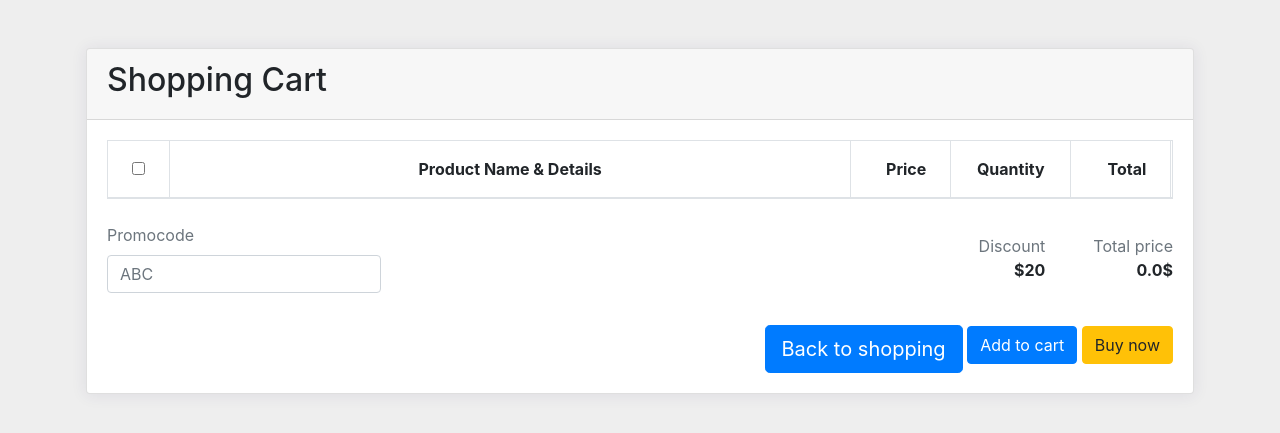
Repository: Szers222/MyProject
Page: http://localhost/MyProject/cart.jsp
The author's editor kept a copy of each file at every save. The page is drawn from the files as they stood at one save, then again after the next save.
The browser window is 1280 px wide. The pictures show the whole page.
Some web libraries are served in a nearby version. The page is served by Tomcat 10. Other server files are loaded and not shown. The template is opened directly, without the code that normally fills it, so the values that code supplies are empty.

Above is the page before, as saved 2023-12-13 11:23:00.

### MyProject/src/main/webapp/cart.jsp
<%@page import="java.util.ArrayList"%>
<%@page import="core.Watch"%>
<%@ page language="java" contentType="text/html; charset=UTF-8"
	pageEncoding="UTF-8"%>
<%@taglib prefix="c" uri="http://java.sun.com/jsp/jstl/core"%>
<!DOCTYPE html>
<html>
<head>
<title>Shopping Cart</title>
<meta charset="utf-8">
<meta name="viewport" content="width=device-width, initial-scale=1">
<link rel="stylesheet"
	href="https://maxcdn.bootstrapcdn.com/bootstrap/4.0.0/css/bootstrap.min.css">
<link href="https://fonts.googleapis.com/css?family=Montserrat"
	rel="stylesheet">

<style type="text/css">
.shopping-cart {
	padding-bottom: 50px;
	font-family: 'Montserrat', sans-serif;
}

.shopping-cart.dark {
	background-color: #f6f6f6;
}

.shopping-cart .content {
	box-shadow: 0px 2px 10px rgba(0, 0, 0, 0.075);
	background-color: white;
}

.shopping-cart .block-heading {
	padding-top: 50px;
	margin-bottom: 40px;
	text-align: center;
}

.shopping-cart .block-heading p {
	text-align: center;
	max-width: 420px;
	margin: auto;
	opacity: 0.7;
}

.shopping-cart .dark .block-heading p {
	opacity: 0.8;
}

.shopping-cart .block-heading h1, .shopping-cart .block-heading h2,
	.shopping-cart .block-heading h3 {
	margin-bottom: 1.2rem;
	color: #3b99e0;
}

.shopping-cart .items {
	margin: auto;
}

.shopping-cart .items .product {
	margin-bottom: 20px;
	padding-top: 20px;
	padding-bottom: 20px;
}

.shopping-cart .items .product .info {
	padding-top: 0px;
	text-align: center;
}

.shopping-cart .items .product .info .product-name {
	font-weight: 600;
}

.shopping-cart .items .product .info .product-name .product-info {
	font-size: 14px;
	margin-top: 15px;
}

.shopping-cart .items .product .info .product-name .product-info .value
	{
	font-weight: 400;
}

.shopping-cart .items .product .info .quantity .quantity-input {
	margin: auto;
	width: 80px;
}

.shopping-cart .items .product .info .price {
	margin-top: 15px;
	font-weight: bold;
	font-size: 22px;
}

.shopping-cart .summary {
	border-top: 2px solid #5ea4f3;
	background-color: #f7fbff;
	height: 100%;
	padding: 30px;
}

.shopping-cart .summary h3 {
	text-align: center;
	font-size: 1.3em;
	font-weight: 600;
	padding-top: 20px;
	padding-bottom: 20px;
}

.shopping-cart .summary .summary-item:not(:last-of-type) {
	padding-bottom: 10px;
	padding-top: 10px;
	border-bottom: 1px solid rgba(0, 0, 0, 0.1);
}

.shopping-cart .summary .text {
	font-size: 1em;
	font-weight: 600;
}

.shopping-cart .summary .price {
	font-size: 1em;
	float: right;
}

.shopping-cart .summary button {
	margin-top: 20px;
}

@media ( min-width : 768px) {
	.shopping-cart .items .product .info {
		padding-top: 25px;
		text-align: left;
	}
	.shopping-cart .items .product .info .price {
		font-weight: bold;
		font-size: 22px;
		top: 17px;
	}
	.shopping-cart .items .product .info .quantity {
		text-align: center;
	}
	.shopping-cart .items .product .info .quantity .quantity-input {
		padding: 4px 10px;
		text-align: center;
	}
}
</style>
<style type="text/css">
body {
	margin-top: 20px;
	background: #eee;
}

.ui-w-40 {
	width: 40px !important;
	height: auto;
}

.card {
	box-shadow: 0 1px 15px 1px rgba(52, 40, 104, .08);
}

.ui-product-color {
	display: inline-block;
	overflow: hidden;
	margin: .144em;
	width: .875rem;
	height: .875rem;
	border-radius: 10rem;
	-webkit-box-shadow: 0 0 0 1px rgba(0, 0, 0, 0.15) inset;
	box-shadow: 0 0 0 1px rgba(0, 0, 0, 0.15) inset;
	vertical-align: middle;
}
</style>
</head>

<body>

	<div class="container px-3 my-5 clearfix">
		<!-- Shopping cart table -->
		<div class="card">
			<div class="card-header">
				<h2>Shopping Cart</h2>
			</div>
			<div class="card-body">
				<div class="table-responsive">
					<table class="table table-bordered m-0">
						<thead>
							<tr>
								<!-- Add a new column for the checkbox -->
								<th class="text-center py-3 px-4" style="width: 40px;"><input
									type="checkbox" id="selectAll" onclick="selectAllItems()">
								</th>
								<th class="text-center py-3 px-4" style="min-width: 400px;">Product
									Name &amp; Details</th>
								<th class="text-right py-3 px-4" style="width: 100px;">Price</th>
								<th class="text-center py-3 px-4" style="width: 120px;">Quantity</th>
								<th class="text-right py-3 px-4" style="width: 100px;">Total</th>
								<th class="text-center align-middle py-3 px-0"><a href="#"
									class="shop-tooltip float-none text-light" title=""
									data-original-title="Clear cart"> <i
										class="ino ion-md-trash"></i>
								</a></th>
							</tr>
						</thead>
						<tbody>
							<!-- Sử dụng forEach để lặp qua danh sách sản phẩm từ Servlet -->
							<% ArrayList<Watch> watchList = (ArrayList<Watch>) session.getAttribute("watchList"); %>
							<% Double gettotalAll = (Double) session.getAttribute("getTotalAll");
        double totalAll = (gettotalAll != null) ? gettotalAll : 0;
    %>

							<c:forEach items="${watchList}" var="item">
								<tr>
									<!-- Add a checkbox for each item -->
									<td class="text-center py-3 px-4"><input type="checkbox"
										name="selectedItems" value="${item.watchId}"></td>
									<td class="p-4">
										<div class="media align-items-center">
											<img src="images/${item.watchImage}"
												class="d-block ui-w-40 ui-bordered mr-4" alt="">
											<div class="media-body">
												<a href="#" class="d-block text-dark">${item.watchName}</a>
												<small> <span class="text-muted">Color:</span> <span
													class="ui-product-color ui-product-color-sm align-text-bottom"
													style="background:;"></span> &nbsp; <span
													class="text-muted">Size: </span> &nbsp; <span
													class="text-muted">Ships from: </span>
												</small>
											</div>
										</div>
									</td>
									<td class="text-right font-weight-semibold align-middle p-4">${item.watchPrice}
									</td>
									<td class="align-middle p-4"><input type="number"
										class="form-control text-center" value="${item.getQuantity()}"
										onchange="updateQuantity(${item.watchId}, this.value)">
									</td>
									<td class="text-right font-weight-semibold align-middle p-4"
										id="totalValue">${item.getTotal()}</td>
									<td class="text-center align-middle px-0"><a
										href="CartServlet?action=remove&id=${item.watchId}&total=<%= totalAll %>"
										class="shop-tooltip close float-none text-danger" title=""
										data-original-title="Remove">×</a></td>
								</tr>
							</c:forEach>
						</tbody>
					</table>
				</div>
				<!-- / Shopping cart table -->

				<div
					class="d-flex flex-wrap justify-content-between align-items-center pb-4">
					<div class="mt-4">
						<label class="text-muted font-weight-normal">Promocode</label> <input
							type="text" placeholder="ABC" class="form-control">
					</div>
					<div class="d-flex">
						<div class="text-right mt-4 mr-5">
							<label class="text-muted font-weight-normal m-0">Discount</label>
							<div class="text-large">
								<strong>$20</strong>
							</div>
						</div>
						<div class="text-right mt-4">
							<label class="text-muted font-weight-normal m-0">Total
								price</label>
							<div class="text-large" id="totalPrice">
								<strong><%= totalAll %>$</strong>
							</div>
						</div>
					</div>
				</div>

				<div class="float-right">
					<a href="index.jsp" class="btn btn-lg btn-primary mt-2">Back to
						shopping</a>
						<a
						href="index.jsp" class="btn btn-primary shadow-0"> <i
						class="me-1 fa fa-shopping-basket"></i> Add to cart
					</a>
					<a href="#" class="btn btn-warning shadow-0"> Buy now </a>
				</div>

			</div>
		</div>
	</div>

	<script src="https://code.jquery.com/jquery-3.2.1.min.js"></script>


</body>
</html>

After the next save:
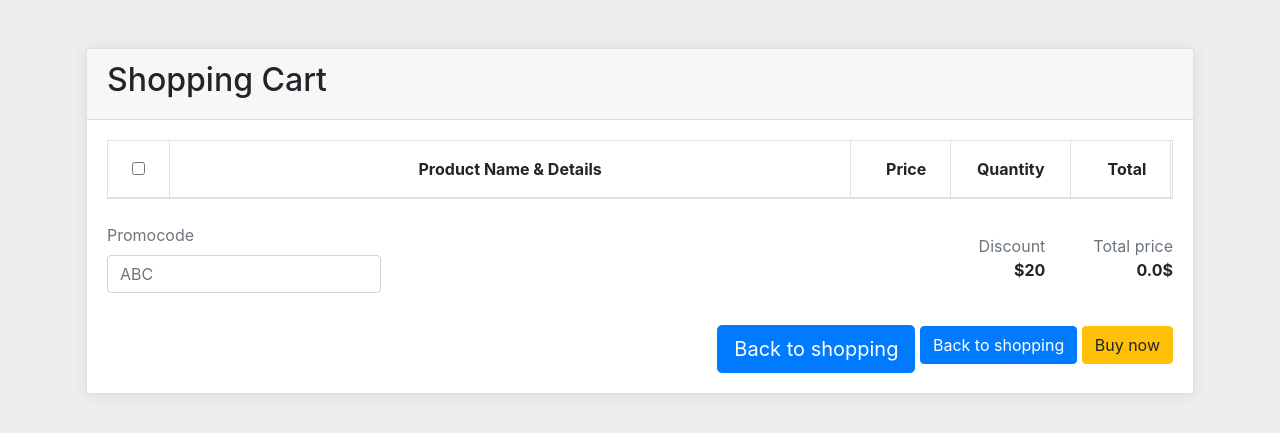
Saved 27 s later.
--- a/MyProject/src/main/webapp/cart.jsp
+++ b/MyProject/src/main/webapp/cart.jsp
@@ -278,7 +278,8 @@ body {
 						shopping</a>
 						<a
 						href="index.jsp" class="btn btn-primary shadow-0"> <i
-						class="me-1 fa fa-shopping-basket"></i> Add to cart
+						class="me-1 fa fa-shopping-basket"></i> Back to
+						shopping
 					</a>
 					<a href="#" class="btn btn-warning shadow-0"> Buy now </a>
 				</div>
